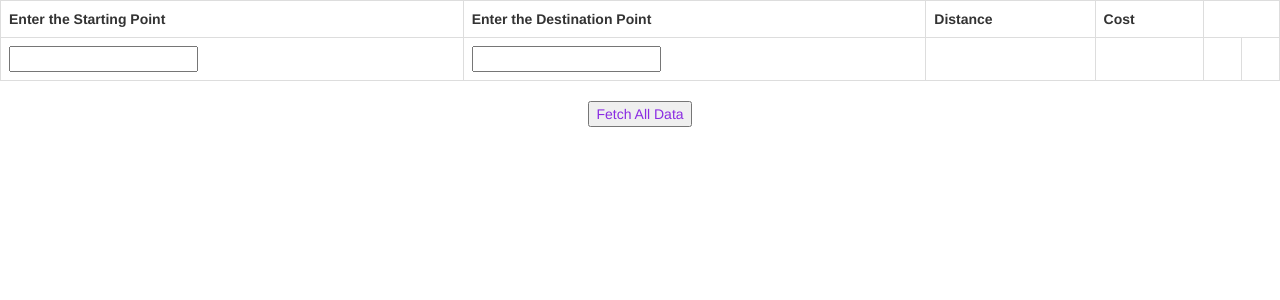
Repository: Gundeep-repos/407ETR_Assignment
Page: http://localhost/407ETR_Gundeep_Singh_assignment/
An editor plug-in stored every save of this project. The page is shown before and after the next save, followed by the edit.
The browser window is 1280 px wide. The pictures show the whole page.
The page is served by Tomcat 9. Other server files are loaded and not shown.

Above is the page before, as saved 2021-07-04 18:09:18.

### 407ETR_Gundeep_Singh_assignment/WebContent/index.jsp
<%@ page language="java" contentType="text/html; charset=ISO-8859-1" pageEncoding="ISO-8859-1"%>
<!DOCTYPE html PUBLIC "-//W3C//DTD HTML 4.01 Transitional//EN" "http://www.w3.org/TR/html4/loose.dtd">
<html>
<head>

<link href="css/bootstrap.css" rel="stylesheet" type="text/css"/>
<script src="jquery-1.12.2.min.js" type="text/javascript"></script>
<script src="js/bootstrap.js" type="text/javascript"></script>

<meta http-equiv="Content-Type" content="text/html; charset=ISO-8859-1">
<title>Insert title here</title>
<script>


function fetchCD(){


	var startingReference = document.getElementById("startingPoint").value;
	var destinationReference = document.getElementById("destinationPoint").value;
	var xhr = new XMLHttpRequest;


    // CORS Policy, should allow OPTIONS
    // AJAX uses OPTIONS instead of GET, POST which are enabled by default

    xhr.open("GET", "./ServiceClass?start="+startingReference+"&end="+destinationReference, true);

    // xhr.setRequestHeader('Access-Control-Allow-Origin','*');
    // xhr.setRequestHeader('Access-Control-Allow-Methods', 'OPTIONS');
    // xhr.setRequestHeader('Access-Control-Allow-Credentials', 'true');

    //for response receiving
    xhr.onreadystatechange = function ()
    {

    	if(xhr.readyState == 4 && xhr.status == 200){
    		var res = xhr.responseText.trim();

                console.log(res);

                var mainObj = JSON.parse(res);

                if(mainObj["status"] == "null"){
                	alert("Start Destination and End Destination should have some value");
                }else if(mainObj["status"] == "fail"){
                	alert("Incorrect Spellings for either Start/ End Destination");
                }else if(mainObj["status"] == "success"){
                	document.getElementById("distance").innerHTML=mainObj["tripDistance"]+" kms";
                    document.getElementById("cost").innerHTML=mainObj["costOfTrip"]+" CAD";
                }


    	}

    };

    	xhr.send("Sent dete");

}



</script>
</head>
<body>

<div style="center">
<table class="table table-bordered">
<tr>
<th>Enter the Starting Point</th>
<th>Enter the Destination Point</th>
<th>Distance</th>
<th>Cost</th>
</tr>
<tr>
<td><input type="text" id="startingPoint"/></td>
<td><input type="text" id="destinationPoint"/></td>
<td id = "distance"><td>
<td id = "cost"><td>
</tr>
</table>
</div>
<center><button style="color: blueviolet" onclick="fetchCD()">Fetch All Data</button></center>
</body>
</html>

Loaded but not shown: 407ETR_Gundeep_Singh_assignment/WebContent/css/bootstrap.css (library); 407ETR_Gundeep_Singh_assignment/WebContent/jquery-1.12.2.min.js (library); 407ETR_Gundeep_Singh_assignment/WebContent/js/bootstrap.js (library)

After the next save:
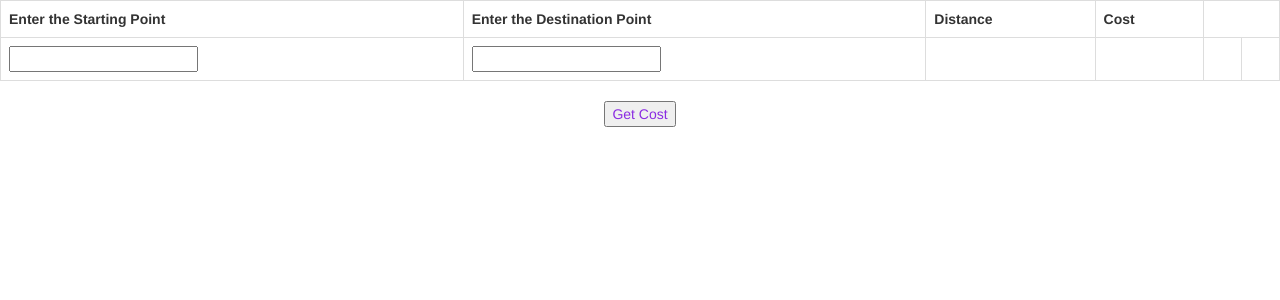
Saved 25 s later.
--- a/407ETR_Gundeep_Singh_assignment/WebContent/index.jsp
+++ b/407ETR_Gundeep_Singh_assignment/WebContent/index.jsp
@@ -80,6 +80,6 @@ function fetchCD(){
 </tr>
 </table>
 </div>
-<center><button style="color: blueviolet" onclick="fetchCD()">Fetch All Data</button></center>
+<center><button style="color: blueviolet" onclick="fetchCD()">Get Cost</button></center>
 </body>
 </html>
